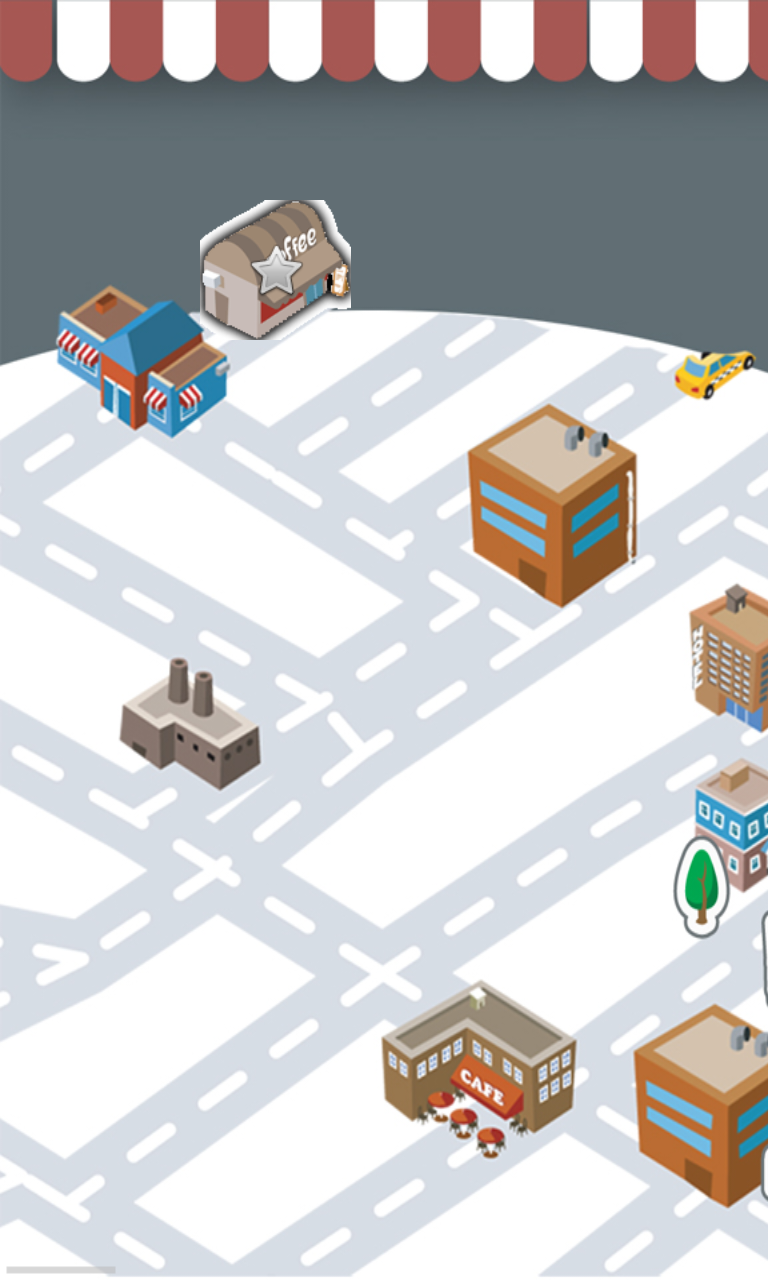
Repository: ahmeda8/playable
Layout: Playable/res/layout/activity_main.xml
An editor plug-in stored every save of this project. The layout is shown before and after the next save, followed by the edit.
It is drawn on a 768 x 1280 px phone screen (xhdpi) without system bars, with theme AppTheme; the app's code is not run. The app's manifest (not shown) leaves right-to-left support off. So textAlignment, textDirection and layoutDirection are ignored, and left and right values win over start and end ones.

Above is the layout before, as saved 2013-07-20 20:56:12.

### Playable/res/layout/activity_main.xml
<RelativeLayout xmlns:android="http://schemas.android.com/apk/res/android"
    xmlns:tools="http://schemas.android.com/tools"
    android:layout_width="match_parent"
    android:layout_height="match_parent"
    android:padding="0dp"
    tools:context=".MainActivity" >

        <HorizontalScrollView
            android:id="@+id/horizontalScrollView1"
            android:layout_width="3250dp"
            android:layout_height="match_parent"
            android:layout_margin="0dp"

            android:padding="0dp" >

            <LinearLayout
                android:layout_width="wrap_content"
                android:layout_height="match_parent"
                android:orientation="horizontal"
                android:id="@+id/linearLayout1"
                android:background="@drawable/map"
                >

                <ImageButton
                    android:id="@+id/imageButton1"
                    android:layout_width="wrap_content"
                    android:layout_height="wrap_content"
                    android:layout_marginLeft="100dp"
                    android:layout_marginTop="100dp"
                    android:background="@drawable/location"
                    android:src="@android:drawable/btn_star" />

            </LinearLayout>
        </HorizontalScrollView>
</RelativeLayout>

Loaded but not shown: Playable/res/values/styles.xml (common file); Playable/res/values-v11/styles.xml (common file); Playable/res/values-v14/styles.xml (common file)

After the next save:
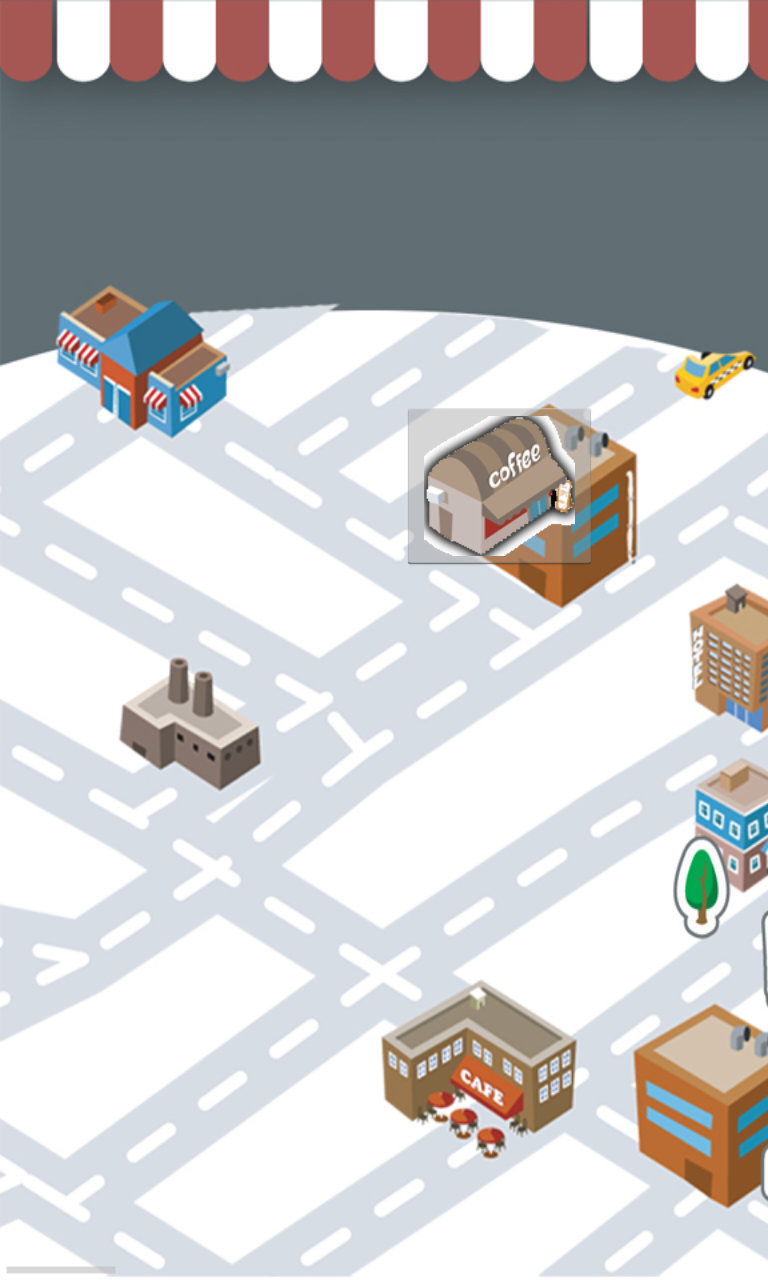
Saved 98 s later.
--- a/Playable/res/layout/activity_main.xml
+++ b/Playable/res/layout/activity_main.xml
@@ -25,10 +25,10 @@
                     android:id="@+id/imageButton1"
                     android:layout_width="wrap_content"
                     android:layout_height="wrap_content"
-                    android:layout_marginLeft="100dp"
-                    android:layout_marginTop="100dp"
-                    android:background="@drawable/location"
-                    android:src="@android:drawable/btn_star" />
+                    android:layout_marginEnd="@drawable/location"
+                    android:layout_marginLeft="200dp"
+                    android:layout_marginTop="200dp"
+                    android:src="@drawable/location" />
 
             </LinearLayout>
         </HorizontalScrollView>
